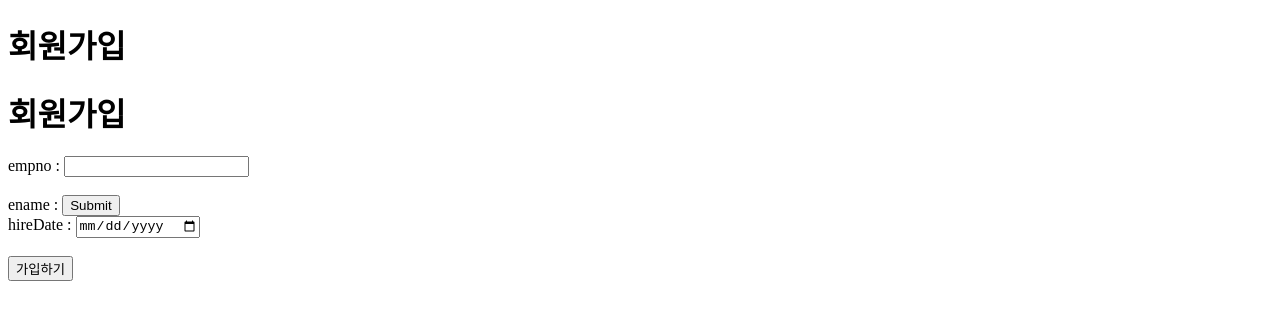
Repository: polikiki/Connor-s-team-projectt
Page: http://localhost/proj6_myBatis/emp0?cmd=join
An editor plug-in stored every save of this project. The page is shown before and after the next save, followed by the edit.
The browser window is 1280 px wide. The pictures show the whole page.
The page is served by Tomcat 9.

Above is the page before, as saved 2024-09-20 01:17:13.

After the next save:
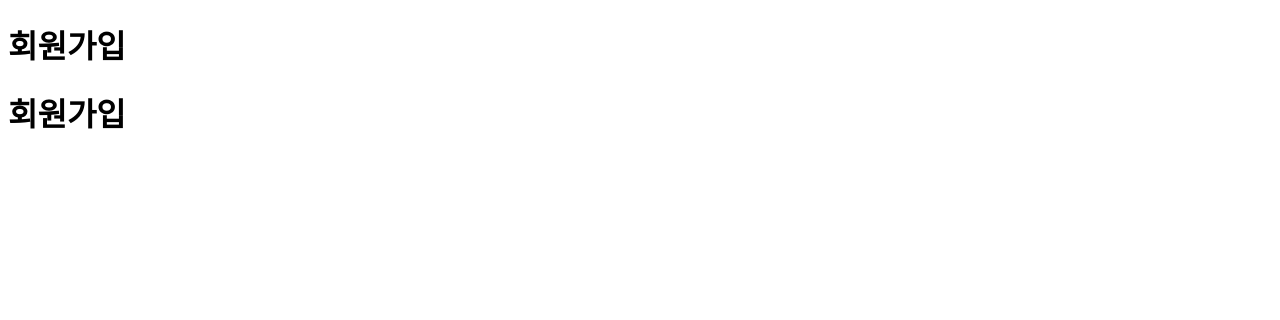
Saved 56 s later.
--- a/workspace_java/proj6_myBatis/src/main/webapp/WEB-INF/views/empjoin.jsp
+++ b/workspace_java/proj6_myBatis/src/main/webapp/WEB-INF/views/empjoin.jsp
@@ -27,29 +27,5 @@
 
 <h1>회원가입</h1>
 
-<form method="post" action="emp0">
-	empno :
-		<c:choose>
-		<c:when test='${cmd == "detail"}'>
-			${empDTP.empno}
-		</c:when>
-		<c:otherwise>
-			<input type="text" name="ename"><br>
-		</c:otherwise>
-	</c:choose>
-	<br>
-	ename :
-		<c:choose>
-		<c:when test='${cmd == "detail"}'>
-			${empDTP.ename}
-		</c:when>
-		<c:otherwise>
-			<input type="submit" name="가입하기"><br>
-		</c:otherwise>
-</c:choose>
-	hireDate : <input type="date" name="hireDate"><br>
-	<br>
-	<input type="submit" value="가입하기">
-</form>
 </body>
 </html>
